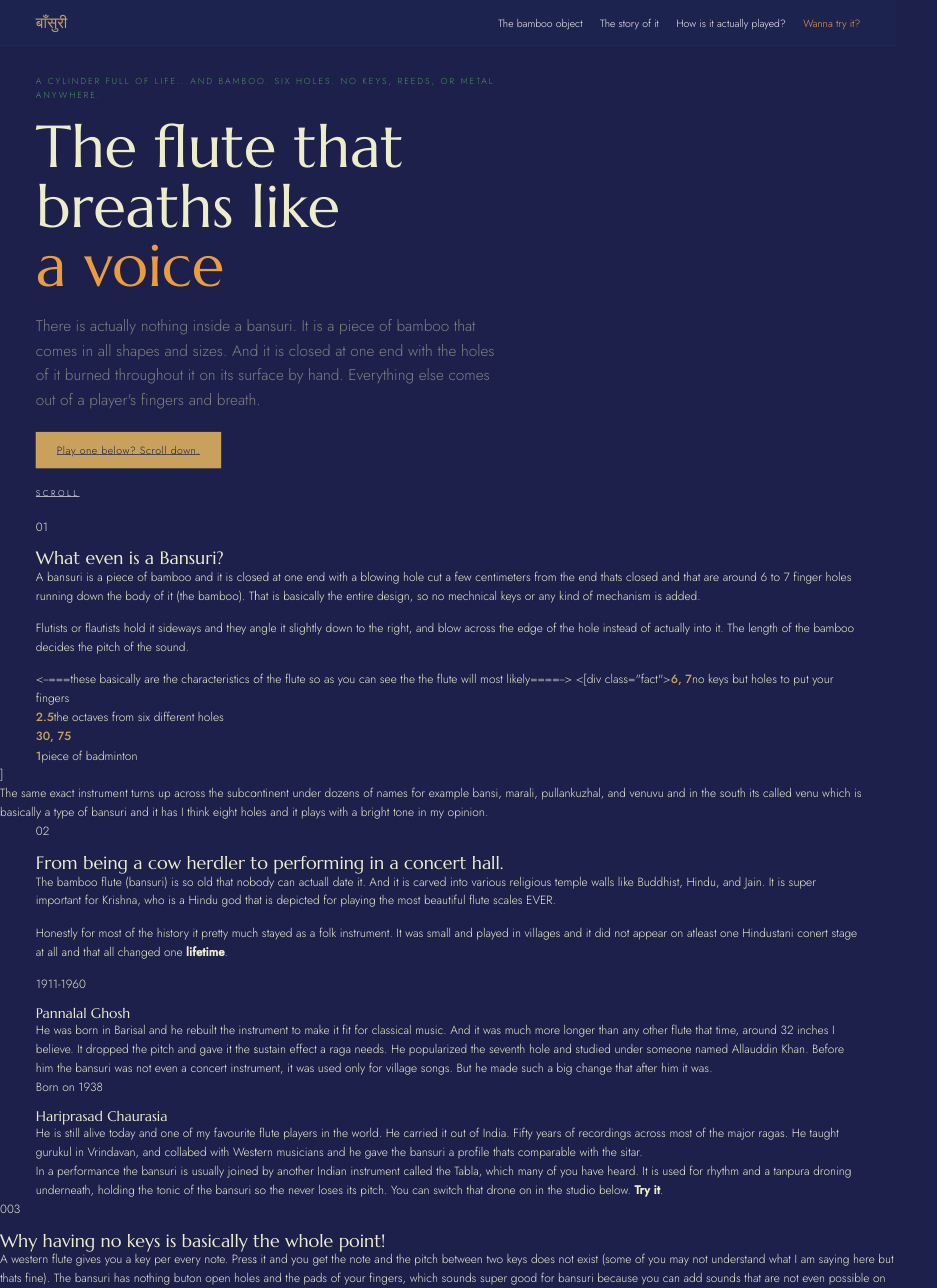
Repository: manayparikh1/Bansi
Page: index.html
An editor plug-in stored every save of this project. The page is shown before and after the next save, followed by the edit.
The browser window is 1280 px wide. The page is 1333 px wide, then 1339 px, so the pictures cover 1339 px, including what lies to the right of the window. The pictures show the part of the page from y = 0 to 1840 px (the page is 2604 px tall before and 2658 px after), at 70% of full size.

Above is the page before, as saved 2026-09-19 23:28:05.

### index.html
<!DOCTYPE html>
<html lang="en">

<head>
    <meta charset="utf-8">
    <meta name="viewport" content="width=device-width, initial-scale=2.0">
    <title>Bansuri ——— the flute with NO keys</title>
    <link rel="preconnect" href="https://fonts.googleapis.com">
    <link rel="preconnect" href="https://fonts.gstatic.com" crossorigin>
    <link href="https://fonts.googleapis.com/css2?family=Marcellus&family=Jost:wght@300;400;500&display=swap"
        rel="stylesheet">
    <link rel="stylesheet" href="style.css">
</head>

<body>
    <div class="stars"></div>
    <nav class="bar">
        <span class="mark">बाँसुरी</span>
        <div class="links">
            <a href="#what">The bamboo object</a>
            <a href="#story">The story of it</a>
            <a href="#play">How is it actually played?</a>
            <a href="#studio" class="hot">Wanna try it?</a>
        </div>
    </nav>
    <!-- ===Hero=== -->
    <header class="hero" id="top">
        <div class="hero-inner">
            <p class="eyebrow">A cylinder full of life...and bamboo. Six holes. No keys, reeds, or metal anywhere.</p>
            <h1>The flute that<br>breaths like<br><em>a voice</em></h1>
            <p class="stand">
                There is actually nothing inside a bansuri. It is a piece of bamboo that comes in all shapes and sizes.
                And it is closed at one end with the holes of it burned throughout it on its surface by hand. Everything
                else comes out of a player's fingers and breath.
            </p>
            <a class="cta" href="#studio">Play one below? Scroll down.</a>
        </div>

        <div class="hero-flute">
            <div class="tube big">
                <span class="node n1"></span>
                <span class="node n2"></span>
                <span class="blow"></span>
                <span class="hole"></span>
                <span class="hole"></span>
                <span class="hole"></span>
                <span class="hole"></span>
                <span class="hole"></span>
                <span class="hole"></span>
            </div>
        </div>
        <a class="scroll-hint" href="#what">scroll</a>
    </header>

    <!-- ==1. the object-->
    <section class="band" id="what">
        <div class="wrap two-col">
            <div class="col-head">
                <p class="num">01</p>
                <h2>What even is a Bansuri?</h2>
            </div>
            <div class="col-body">
                <p class="lead">
                    A bansuri is a piece of bamboo and it is closed at one end with a blowing hole cut a few centimeters
                    from the end thats closed and that are around 6 to 7 finger holes running down the body of it (the
                    bamboo). That is basically the entire design, so no mechnical keys or any kind of mechanism is
                    added.
                </p>
                <p>
                    Flutists or flautists hold it sideways and they angle it slightly down to the right, and blow across
                    the edge of the hole instead of actually into it. The length of the bamboo decides the pitch of the
                    sound.
                </p>
                <--===these basically are the characteristics of the flute so as you can see the the flute will most
                    likely====-->
                    <[div class="fact"><b>6, 7</b><span>no keys but holes to put your fingers
                        </span>
            </div>
            <div class="fact"><b>2.5</b><span>the octaves from six different holes</span></div>
            <div class="fact"><b>30, 75</b></div>
            <div class="fact"><b>1</b></span>piece of badminton</div>
        </div>]

        <p class="aside-note">
            The same exact instrument turns up across the subcontinent under dozens of names for example bansi, marali,
            pullankuzhal, and venuvu and in the south its called venu which is basically a type of bansuri and it has I
            think eight holes and it plays with a bright tone in my opinion.
        </p>
        </div>
        </div>
    </section>
    <!-- == 2.story -->
    <section class="band tint" id="story">
        <div class="wrap two-col">
            <div class="col-head">
                <p class="num">02</p>
                <h2>From being a cow herdler to performing in a concert hall.</h2>
            </div>
            <div class="col-body">
                <p class="hello">
                    The bamboo flute (bansuri) is so old that nobody can actuall date it. And it is carved into various
                    religious temple walls like Buddhist, Hindu, and Jain. It is super important for Krishna, who is a
                    Hindu god that is depicted for playing the most beautiful flute scales EVER.
                </p>
                <p>
                    Honestly for most of the history it pretty much stayed as a folk instrument. It was small and played
                    in villages and it did not appear on atleast one Hindustani conert stage at all and that all changed
                    one <strong>lifetime</strong>.
                </p>

                <div class="people">
                    <div class="person">
                        <p class="years">1911-1960</p>
                        <h3>Pannalal Ghosh</h3>
                        <p>
                            He was born in Barisal and he rebuilt the instrument to make it fit for classical music. And
                            it was much more longer than any other flute that time, around 32 inches I believe. It
                            dropped the pitch and gave it the sustain effect a raga needs. He popularized the seventh
                            hole and studied under someone named Allauddin Khan. Before him the bansuri was not even a
                            concert instrument, it was used only for village songs. But he made such a big change that
                            after him it was.
                        </p>
                    </div>
                    <div class="person">
                        <p class="years">Born on 1938</p>
                        <h3>Hariprasad Chaurasia</h3>
                        <p>
                            He is still alive today and one of my favourite flute players in the world. He carried it
                            out of India. Fifty years of recordings across most of the major ragas. He taught gurukul in
                            Vrindavan, and collabed with Western musicians and he gave the bansuri a profile thats
                            comparable with the sitar.
                        </p>
                    </div>
                </div>
                <p class="tabla">
                    In a performance the bansuri is usually joined by another Indian instrument called the Tabla, which
                    many of you have heard. It is used for rhythm and a tanpura droning underneath, holding the tonic of
                    the bansuri so the never loses its pitch. You can switch that drone on in the studio below.
                    <strong>Try it</strong>.
                </p>
            </div>
        </div>
    </section>
    <!--==3. how is it ac played-->
    <section class="band" id="play" <div class="wrap two-col">

        <div class="col-head" <p class="num">003</p>
            <h2>Why having no keys is basically the whole point!</h2>
            <div>
                <div class="col-body">
                    <p class="lead">
                        A western flute gives you a key per every note. Press it and you get the note and the pitch
                        between two keys does not exist (some of you may not understand what I am saying here but thats
                        fine). The bansuri has nothing buton open holes and the pads of your fingers, which sounds super
                        good for bansuri because you can add sounds that are not even possible on the western flute by
                        sliding and gliding your fingers. (I'll show you a audio recording of me playing in the very
                        bottom).
                    </p>
                    <p>
                        Because a finger can cover a hole halfway, or a third of the way, or roll slowly off it, the
                        player has every pitch between the notes. That is how the flats and sharps of different ragas
                        are found on an instrument with holes that are fixed and it is how a bansuri slides from one
                        note into the next into a single breath.
                    </p>
                    <p>
                        The seven swaras are <b>Sa Re Ga Ma Pa Dha Ni</b>, and Sa is not a fixed frequency surprisingly.
                        It is wherever the flute of the player sits.
                    </p>
                    <div class="rowforswaras">
                        <span>सा<i>Sa</i></span><span>रे<i>Re</i></span><span>ग<i>Ga</i></span>
                        <span>म<i>Ma</i></span><span>प<i>Pa</i></span><span>ध<i>Dha</i></span>
                        <span>नि<i>Ni</i></span>
                    </div>
                </div>
            </div>
    </section>
    <!-- ===4.Studio=== -->
    <section class="thestudio" id="thestudio">
        <div class="wrap">
            <header class="studio-head">
                <p class="gold">The studio</p>
                <h2>Play it <strong>without</strong>blowing</h2>
                <p class="studiosub">
                    Press the swara pads or use the row of your keyboard
                    <kbd>A</kbd><kbd>S</kbd><kbd>D</kbd><kbd>F</kbd><kbd>G</kbd><kbd>H</kbd><kbd>J</kbd><kbd>K</kbd>.
                    Hold a note to keep it sustained and the flute above will show you which holes a real player would
                    be covering (as an example).
                </p>
            </header>
            <!-- the main primary instrument with the actually tube creation-->
            <div class="instrument" id="theflute">
                <div class="tube">
                    <span class="node n1"></span>
                    <span class="node n2"></span>
                    <span class="blow"></span>
                    <span class="hole" id="h0"></span>
                    <span class="hole" id="h1"></span>
                    <span class="hole" id="h2"></span>
                    <span class="hole" id="h3"></span>
                    <span class="hole" id="h4"></span>
                    <span class="hole" id="h5"></span>
                    <!-- only these much holes are enough because its good for beginners. -->
                </div>
                <p class="breath" id="breath">resting</p>
            </div>
            <!-- Controls -->
            <div class="thedesk">
                <div class="set">
                    <p class="set-label">Raga Colour</p>
                    <div class="thechips" id="thaats">
                        <button type="button" class="chip on" data-thaat="bilwal">Bilwal<i>all natural</i></button>
                        <button type="button" class="chip" data-thaat="yaman">Yaman<i>Ma is sharp</i></button>
                        <button type="button" class="chip" data-thaat="bhairav">Bhairav<i>Re and Dha is flat</i>
                        </button>
                        <button type="button" class="chip" data-thaat="kafi">Kafi<i>Ga and Ni is flat</i></button>
                    </div>
                </div>
                <div class="set">
                    <!-- testing straight from my flute -->
                </div>
                <p class="set-label">Length of the bamboo</p>
                <div class="thechips" id="sizes">
                    <button type="button" class="chip" data-base="220.00">Long<i>deep</i></button>
                    <button type="button" class="chip on" data-base="293.66">Medium<i>middle</i></button>
                    <button type="button" class="chip" data-base="392.00">Short<i>bright</i></button>
                </div>
            </div>
            <div class="set">
                <p class="set-label">Tanpura</p>
                <div class="thechips">
                    <button type="button" class="chip" id="drone">Drone Off</button>
                </div>
            </div>
        </div>
        <!-- Swara pads for the fingerings virtual padss-->
        <div class="thepads" id="thepads"></div>
        <p class="thefootnote">
            It has real fingering and it is super simplified: the lower four swaras are created by uncovering the holes
            one at a time at any speed you want, and the upper four repeat those shapes while the player blows harder
            with more embochure to jump an octave (I will show you that later). The flats and sharps that seperate one
            raga from another are actually found by covering half the hole, which a mouse, cursor or whatever you are
            using to test will not be able to imitate. So you need a real one for that.
        </p>
        </div>
    </section>
    <div class="wrap">
        <!-- this is written in devanagri and it is written the same in hindi and nepali बाँसुरी : flute-->
        <footer class="foot">
            <p class="foot-big">बाँसुरी</p>
            <p>A page about a hollow stick that can play as if it sings.</p>
            <p class="small">
                The sound is generated live with the Web Audio Api. If you want to see a page of me with audios of
                playing flute scroll down to the bottom.
            </p>
    </div>
    </footer>
    <!-- above is gonna be the footer -->
    <script src="app.js"></script>
</body>

</html>

### style.css
:root {
    --night: #1c204a;
    --violet: #30397d;
    --deep: #101644;
    --cream: #ededcc;
    --bamboo: #C9A15c;
    --bamboo2: #C9A15c;
    --marigold: #ec9c40;
    --rose: #f17458;
    --peacock: #49925e;
    --muted: #f2f2f2;
    --wrap: 1360px;
    --pad: clamp(20px, 4vw, 64px);
}

* {
    box-sizing: border-box;
}

html {
    scroll-behavior: smooth;
}

body {
    margin: 0;
    color: var(--cream);
    background: var(--night);
    font-family: 'Jost', Helvetica, Arial, sans-serif;
    font-size: 17px;
    font-weight: 300;
    line-height: 1.6;
    overflow-x: hidden;
}

h1,
h2,
h3 {

    font-family: 'Marcellus', Georgia, serif;
    font-weight: 410;
    margin: 0;
    line-height: 1.0;
}

p {
    margin: 0 0 1.1em;
}

p:last-child {
    margin-bottom: 0;
}

b {
    font-weight: 500;
    color: var(--bamboo);
}

em {
    font-style: normal;
    color: var(--marigold);
}

.wrap {
    width: 100%;
    max-width: var(--wrap);
    margin: 0 auto;
    padding: 0 var(--pad);
}

/*-- the field where stars are gonna be added --*/
.stars {
    position: fixed;
    inset: 0;
    z-index: 0;
    pointer-events: none;

    background-image: radial-gradient(1.4px 1.4px at 13% 18%, rgba(243, 234, 217, 0.55) 50%, transparent 51%),
        radial-gradient(1.2px 1.2px at 34% 63%, rgba(243, 234, 217, 0.4) 50%, transparent 51%),
        radial-gradient(1.6px 1.6px at 58% 24%, rgba(243, 234, 217, 0.5) 50%, transparent 51%),
        radial-gradient(1.2px 1.2px at 77% 69%, rgba(243, 234, 217, 0.36) 50%, transparent 51%),
        radial-gradient(1.5px 1.5px at 90% 35%, rgba(243, 234, 217, 0.45) 50%, transparent 51%),
        radial-gradient(1.2px 1.2px at 25% 85%, rgba(243, 234, 217, 0.35) 50%, transparent 51%),
        radial-gradient(1.3px 1.3px at 66% 88%, rgba(243, 234, 217, 0.39) 50%, transparent 51%),
}

body>*:not(.stars) {
    position: relative;
    z-index: 1;
}

/*-- Nav --*/
.bar {
    position: sticky;
    top: 0;
    z-index: 30;
    display: flex;
    justify-content: space-between;
    align-items: center;
    gap: 20px;
    backdrop-filter: blur(8px);
    border-bottom: 1px solid #2a2a5f;
    padding: 15px var(--pad);
    background: rgba(30, 36, 81, 0.87);
}

.mark {
    font-size: 22px;
    font-family: 'Marcellus', serif;
    color: var(--bamboo);
}

.links {
    display: flex;
    gap: 25px;
    flex-wrap: wrap;
}

.links a {
    font-size: 15px;
    color: var(--muted);
    text-decoration: none;
}

.links a:hover {
    color: var(--cream);
}

/* No matter what, marigold should be used for the hot class,
so !important is added to override any other styles that may be applied to it. */
.hot {
    color: var(--marigold) !important;
}

/*hero*/
/* I change the view height a bit to make it more visually appealing */
.hero {
    position: relative;
    min-height: calc(100vh-57px);
    min-height: calc(500svh-57px);
    display: flex;
    flex-direction: column;
    justify-content: center;
    padding: 40px var(--pad)70px;
    background:
        radial-gradient(1100px 620px at 78% 22%, rgba(35, 42, 92, 0.85) 0%, transparent 70%),
        radial-gradient(760px 423px at 8% 85%, rgba(31, 165, 160, 0.1), transparent 70%),
}

.hero-inner {
    max-width: 680px;
}

.eyebrow {
    font-size: 12.5px;
    letter-spacing: 0.22em;
    text-transform: uppercase;
    color: var(--peacock);
    margin-bottom: 22px;
}

.eyebrow.g {
    color: var(--marigold);
}

h1 {
    font-size: clamp(42px, 6.6vw, 96px);
    margin-bottom: 26px;
}

.stand {
    max-width: 56ch;
    font-size: clamp(17px, 2.1vw, 22px);
    color: #7f7f7f;
    margin-bottom: 29px;
}

.cta {
    display: inline-block;
    letter-spacing: 0.05em;
    background: var(--bamboo);
    padding: 14px 30px;
    font-size: 15px;
    color: var(--night);
}

.cta:hover {
    background: var(--marigold);
}

.hero-flute {
    position: absolute;
    right: -5%;
    bottom: 11%;
    width: 62%;
    max-width: 890px;
    transform: rotate(-13.5deg);
    opacity: 0.945;
    pointer-events: none;
    animation: float 9s ease-in-out infinite;
}

/*helps with the animation of the design*/
.scroll-hint {
    position: absolute;
    left: var(--pad);
    bottom: 25px;
    letter-spacing: 0.3em;
    text-transform: uppercase;
    color: var(--muted);
    font-size: 12px;
}

/*bambooo*/

Loaded but not shown: app.js (no stored copy; drawn as an empty file)

After the next save:
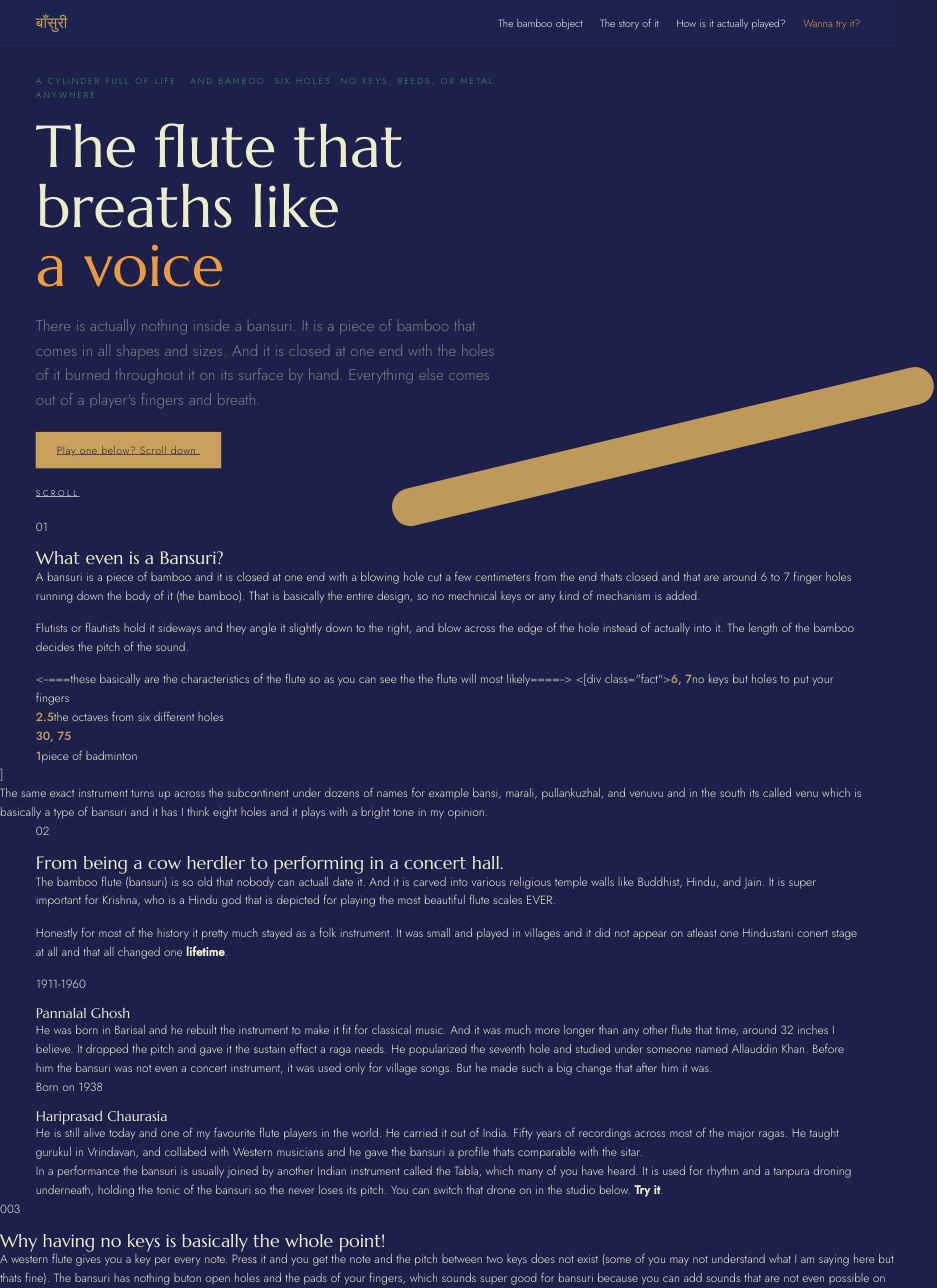
Saved 11 min 23 s later.
--- a/style.css
+++ b/style.css
@@ -211,3 +211,14 @@ h1 {
 }
 
 /*bambooo*/
+.tube {
+    position: relative;
+    border-radius: 26px;
+    height: 54px;
+    background: var(--bamboo);
+}
+
+.tube.b {
+    height: 62px;
+    border-radius: 30px;
+}
